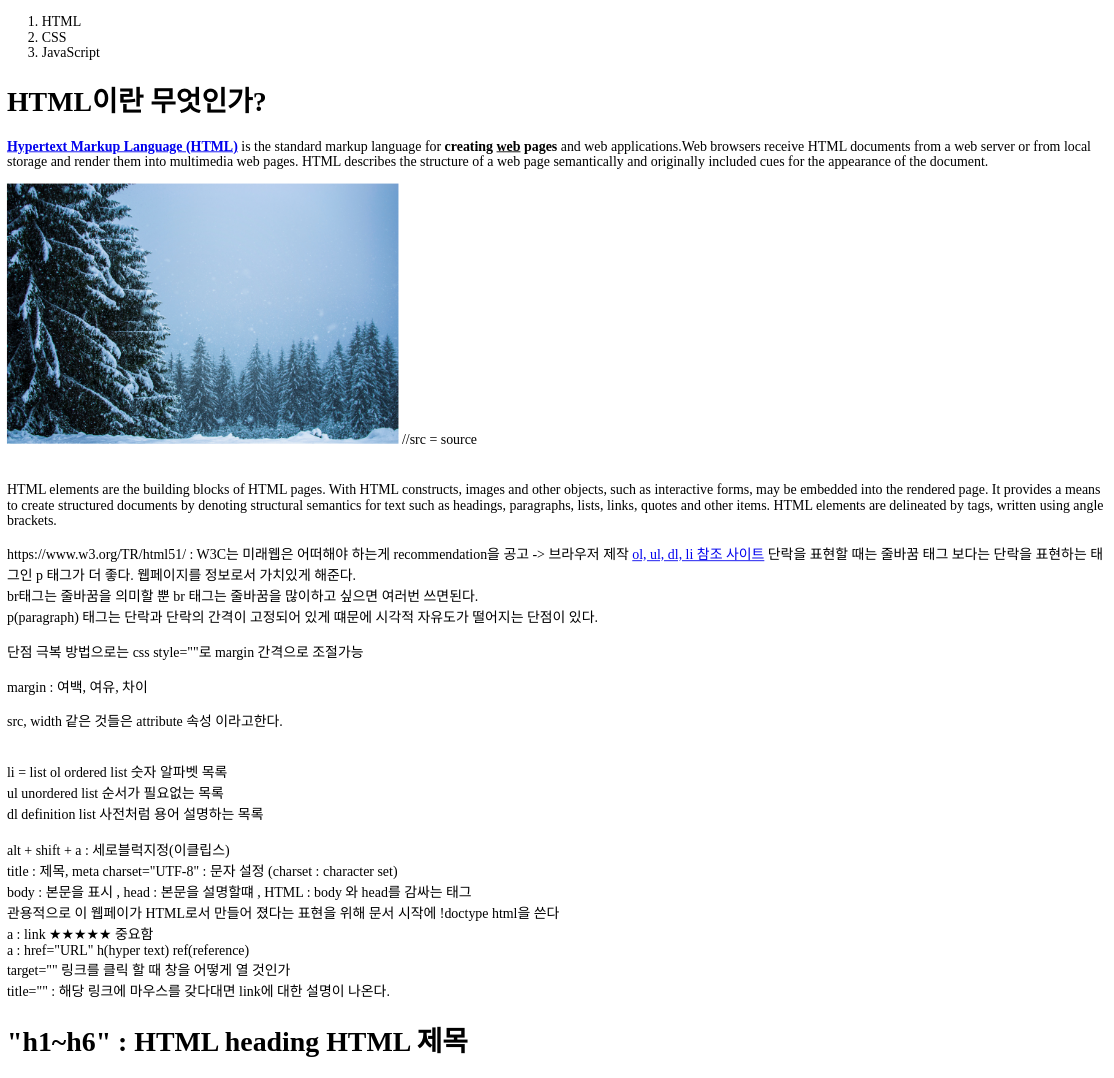
Repository: winterer4/Web-1
Page: HTML5/1.html
The author's editor kept a copy of each file at every save. The page is drawn from the files as they stood at one save, then again after the next save.
The browser window is 1280 px wide. The pictures show the whole page, at 87% of full size.

Above is the page before, as saved 2018-10-29 06:45:03.

After the next save:
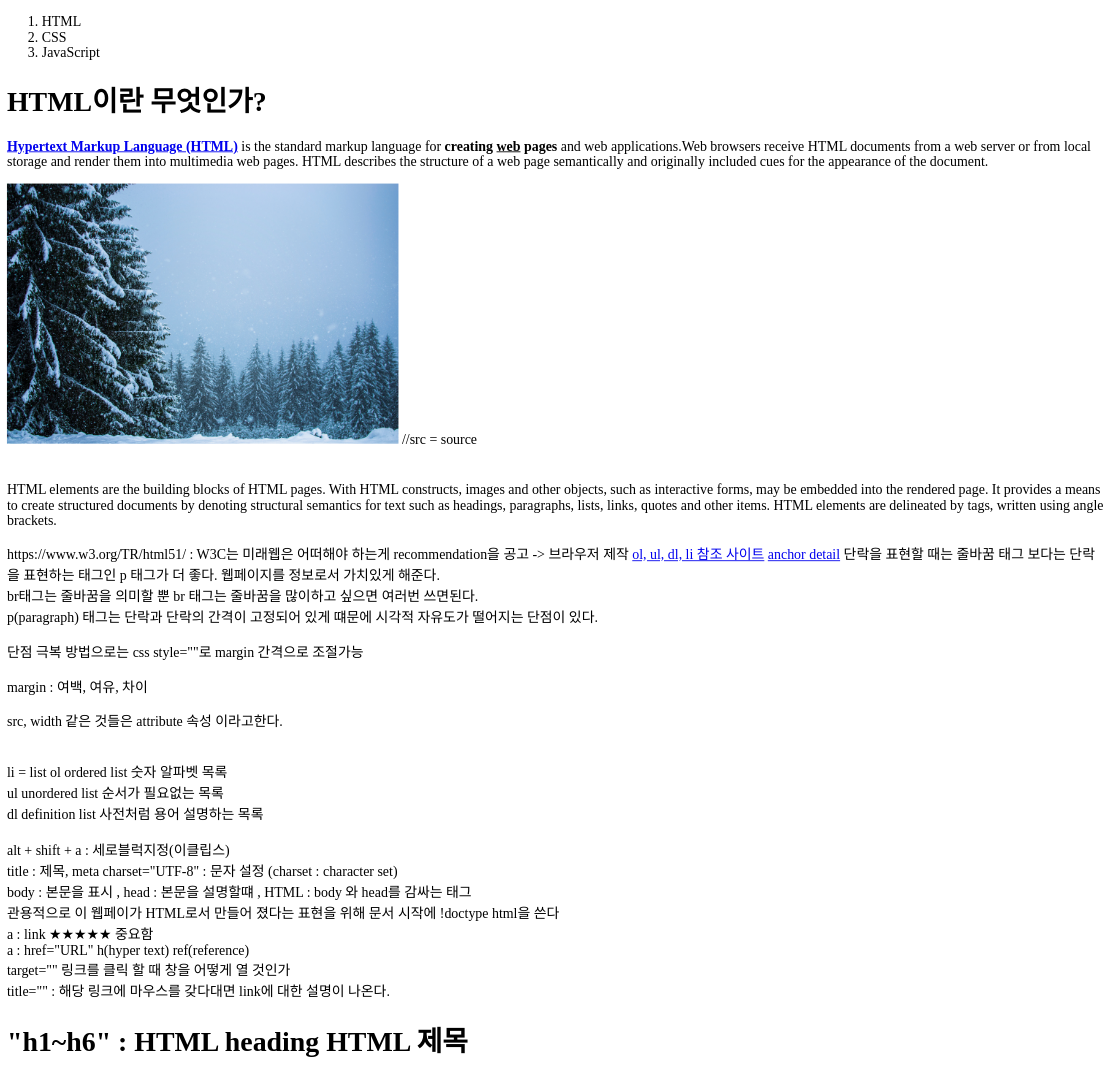
Saved 98 s later.
--- a/HTML5/1.html
+++ b/HTML5/1.html
@@ -36,7 +36,7 @@ https://www.w3.org/TR/html51/ : W3C는 미래웹은 어떠해야 하는게 recom
 
 
    <a : href="http://aboooks.tistory.com/87", target="_blank", title="설명">ol, ul, dl, li 참조 사이트</a>
-
+   <a : href="http://aboooks.tistory.com/87", target="_blank", title="링크에 대한 설명">anchor detail</a>
 
 	단락을 표현할 때는 줄바꿈 태그 보다는 단락을 표현하는 태그인 p 태그가 더 좋다. 웹페이지를 정보로서 가치있게 해준다.
 	<br> br태그는 줄바꿈을 의미할 뿐 br 태그는 줄바꿈을 많이하고 싶으면 여러번 쓰면된다.
